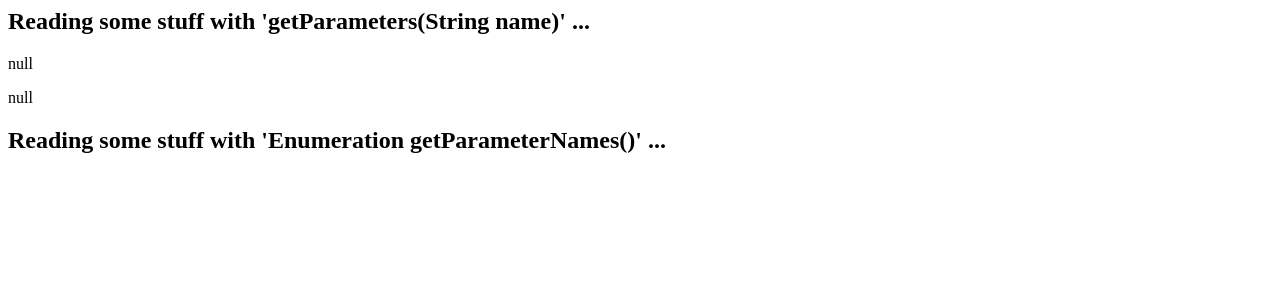
Repository: devjackluo/Java-Servlet-Demo
Page: http://localhost/ServletAppDemo/UserInfoServlet
These files come from the project's save history. The page is drawn as it stood at one moment and after the next save; the edit follows.
The browser window is 1280 px wide. The pictures show the whole page.
The page is served by Tomcat 9.

Above is the page before, as saved 2019-01-31 22:19:30.

After the next save:
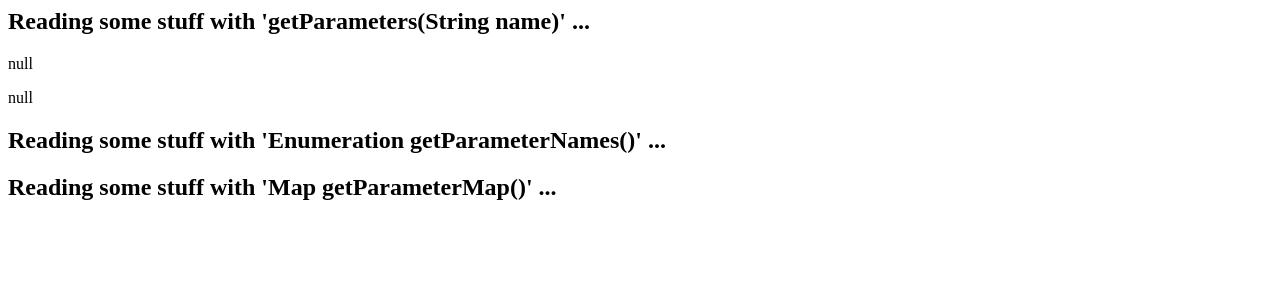
Saved 5 min 53 s later.
--- a/ServletAppDemo/src/com/jack/demos/UserInfoServlet.java
+++ b/ServletAppDemo/src/com/jack/demos/UserInfoServlet.java
@@ -3,6 +3,8 @@ package com.jack.demos;
 import java.io.IOException;
 import java.io.PrintWriter;
 import java.util.Enumeration;
+import java.util.Map;
+import java.util.Set;
 
 import javax.servlet.ServletException;
 import javax.servlet.annotation.WebServlet;
@@ -38,7 +40,6 @@ public class UserInfoServlet extends HttpServlet {
 
 		String firstName = request.getParameter("firstName");
 		String lastName = request.getParameter("lastName");
-
 		out.println("<h2>Reading some stuff with 'getParameters(String name)' ...</h2>");
 		out.println("<div>");
 		out.println("<p>" + firstName + "</p>");
@@ -54,6 +55,20 @@ public class UserInfoServlet extends HttpServlet {
 			out.println("<p>" + paramName + " : " + paramValue + "</p>");
 		}
 		out.println("</div>");
+
+		Map<String, String[]> paramMap = request.getParameterMap();
+		Set<String> paramNamesSet = paramMap.keySet();
+		out.println("<h2>Reading some stuff with 'Map getParameterMap()' ...</h2>");
+		out.println("<div>");
+		for(String paramName : paramNamesSet) {
+			String[] paramValues = paramMap.get(paramName);
+			out.println("<p>" + paramName + " : ");
+			for(int i = 0; i < paramValues.length; i++) {
+				out.println(paramValues[i]);
+			}
+			out.println("</p>");
+		}
+		out.println("</div>");
 	}
 
 	/**
